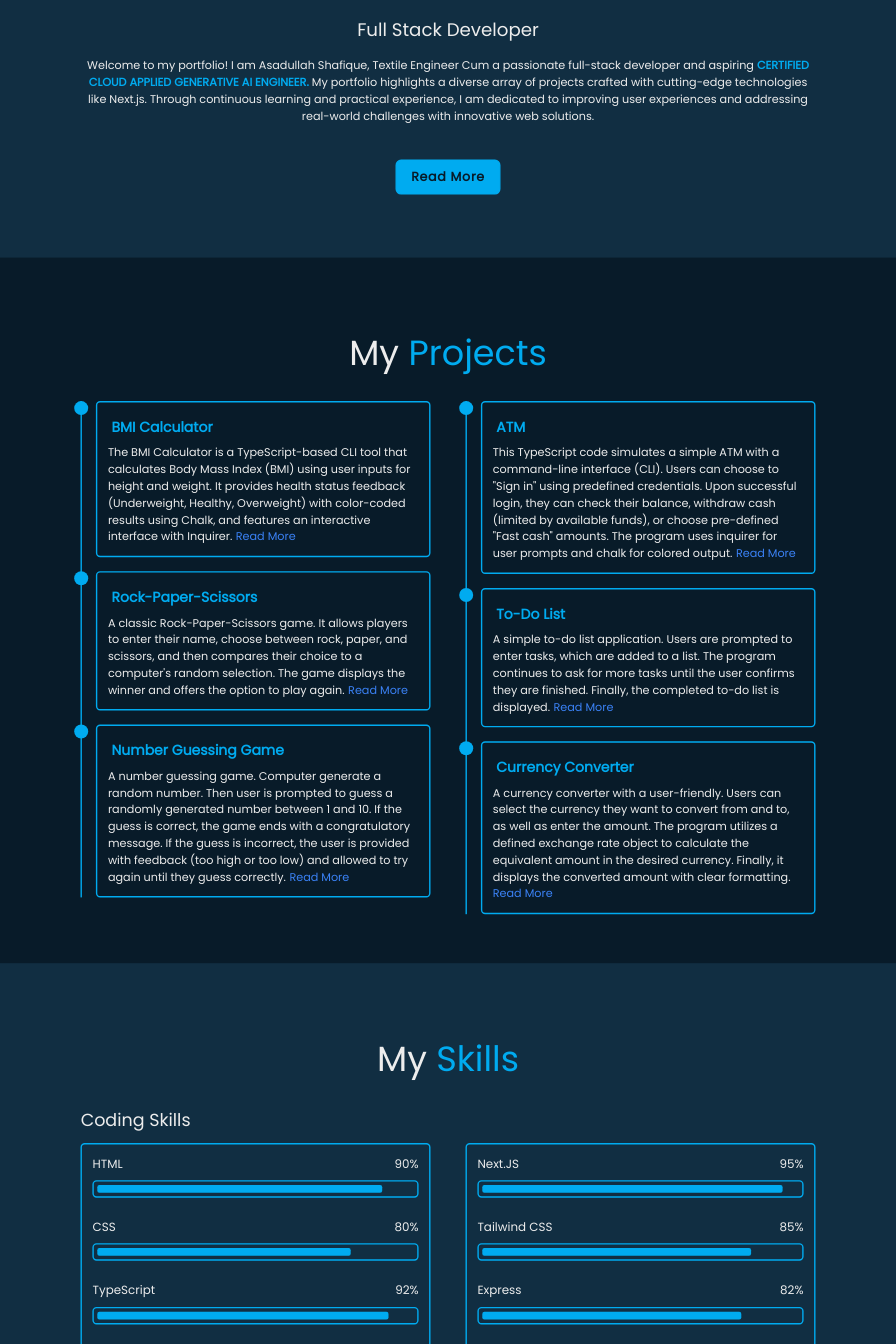
Repository: asadullah48/nextjs_projects_portfolio
Page: /
An editor plug-in stored every save of this project. The page is shown before and after a run of saves, followed by the edit.
The browser window is 1280 px wide. The pictures show the part of the page from y = 1290 to 3210 px (the page is 4258 px tall), at 70% of full size.
The project was rebuilt for these pictures with package versions that can differ from the ones it lists, and the page was loaded fresh each time. The framework's server and built-in components were replaced by stand-ins that run in the browser. Also part of the build but not shown: next.config.ts.

Above is the page before, as saved 2024-11-13 13:56:05.

### src/app/layout.tsx
import type { Metadata } from "next";
import { Poppins } from "next/font/google";
import "./globals.css";
import Link from "next/link";
<Link  href='https://unpkg.com/boxicons@2.1.4/css/boxicons.min.css' rel='stylesheet'></Link>

const poppins = Poppins({ subsets: ["latin"], weight : '400' });

export const metadata: Metadata = {
  title: "Tayyab Portfolio",
  description: "Generated by Tayyab Khalid",
};

export default function RootLayout({
  children,
}: Readonly<{
  children: React.ReactNode;
}>) {
  return (
    <html lang="en">
      <body className={poppins.className}>

        {children}

        </body>
    </html>
  );
}

### src/app/page.tsx
"use client"
import Link from "next/link";
import Image from "next/image";
import LinkedInIcon from "@mui/icons-material/LinkedIn";
import GitHubIcon from "@mui/icons-material/GitHub";
import XIcon from "@mui/icons-material/X";
import ArrowUpwardIcon from "@mui/icons-material/ArrowUpward";
import { Menu } from "lucide-react";
import { useState } from "react";
import {
  Sheet,
  SheetContent,
  SheetDescription,
  SheetHeader,
  SheetTitle,
  SheetTrigger,
} from "@/components/ui/sheet";

export default function Home() {
  const [isSidebarOpen, setIsSidebarOpen] = useState(false);

  const closeSidebar = () => {
    setIsSidebarOpen(false);
  };

  return (
    <main>
      {/* ---------header------------ */}
     <header className={`header flex justify-end items-center transition-opacity duration-300 ${isSidebarOpen ? "opacity-50" : "opacity-100"}`}>
        <div>
          <Link href={"#home"} className="logo ">
            AsadullahShafique.
          </Link>
        </div>
        <nav className="navbar">
          <Sheet open={isSidebarOpen} onOpenChange={setIsSidebarOpen}>
            <SheetTrigger className="tablet:hidden">
              <Menu className="menu-icon mr-4" />
            </SheetTrigger>
            <SheetContent className="pt-4 text-3xl">
              <br />
              <br />
              <br />
              <Link href={"#home"} onClick={closeSidebar}>
                Home
              </Link>
              <br />
              <br />
              <br />
              <Link href={"#about"} onClick={closeSidebar}>
                About
              </Link>
              <br />
              <br />
              <br />
              <Link href={"#education"} onClick={closeSidebar}>
                Project
              </Link>
              <br />
              <br />
              <br />
              <Link href={"#skills"} onClick={closeSidebar}>
                Skills
              </Link>
              <br />
              <br />
              <br />
              <Link href={"#contact"} onClick={closeSidebar}>
                Contact
              </Link>
              <br />
            </SheetContent>
          </Sheet>
          <ul className="hidden tablet:flex gap-x-8 text-[1.7rem]">
            <li>
              <Link
                className="text-[var(--text-color)] font-bold ml-[3.5rem] transition duration-300 hover:text-[var(--main-color)]
active:text-[var(--main-color)]"
                href={"#home"}
              >
                Home
              </Link>
            </li>
            <li>
              <Link
                className="text-[var(--text-color)] font-bold ml-[3.5rem] transition duration-300 hover:text-[var(--main-color)]
active:text-[var(--main-color)]"
                href={"#about"}
              >
                About
              </Link>
            </li>
            <li>
              <Link
                className="text-[var(--text-color)] font-bold ml-[3.5rem] transition duration-300 hover:text-[var(--main-color)]
active:text-[var(--main-color)]"
                href={"#education"}
              >
                Project
              </Link>
            </li>
            <li>
              <Link
                className="text-[var(--text-color)] font-bold ml-[3.5rem] transition duration-300 hover:text-[var(--main-color)]
active:text-[var(--main-color)]"
                href={"#skills"}
              >
                Skills
              </Link>{" "}
            </li>
            <li>
              <Link
                className="text-[var(--text-color)] font-bold ml-[3.5rem] transition duration-300 hover:text-[var(--main-color)]
active:text-[var(--main-color)]"
                href={"#contact"}
              >
                Contact
              </Link>
            </li>
          </ul>
        </nav>
      </header>

      {/*-------------- home section-------------- */}

      <section className={`home bg-[url('../../public/fullSizeImge1.jpg')] bg-cover bg-center transition-opacity duration-300 ${isSidebarOpen ? "opacity-50" : "opacity-100"}`} id="home">
        <div className="home-content">
          <h1>
            Hi, I'm<span> Asadullah Shafique</span>{" "}
          </h1>
          <div className="text-animated">
            <h3>Textile Engineer Cum Full-Stack Developer</h3>
          </div>
          <p>
            I'm a passionate Full Stack Developer currently honing my skills at
            GIAIC. On the front-end, I've mastered Next.js and Tailwind CSS,
            creating responsive and dynamic user interfaces. As I continue my
            journey, I’m diving deeper into back-end technologies to build
            comprehensive, full-stack applications. Stay tuned as I continue to
            expand my skill set and bring innovative ideas to life!
          </p>

          <div className="btn-box">
            <Link
              href={
                "https://www.linkedin.com/in/asadullah-shafique-a00679325/"
              }
              className="btn" target="_blank"
            >
              Hire me
            </Link>
            <Link
              href={
                "https://www.youtube.com/@asadullahshafique4261"
              }
              className="btn" target="_blank"
            >
              Lets talk
            </Link>
          </div>
          <div className="flex-space-x-4 home-sci">
            <Link
              href="https://www.facebook.com/asadullah.shafique"
              target="_blank"
              rel="noopener noreferrer"
              className="bx-bx1-linkedin"
            >
              <LinkedInIcon className="icon" sx={{ fontSize: 25 }} />
            </Link>
            <Link
              href={"ttps://github.com/asadullah48"}
              target="_blank"
              className="bx-bx1-github"
            >
              <GitHubIcon className="icon" sx={{ fontSize: 25 }} />
            </Link>
            <Link
              href={"https://www.instagram.com/shafiqueasadullah/"}
              target="_blank"
              className="bx-bx1-x"
            >
              <XIcon className="icon" sx={{ fontSize: 25 }} />
            </Link>
          </div>
        </div>

        <div className="home-imgHover"></div>
      </section>

      {/* --------------About Section------------- */}

      <section className="about" id="about">
        <h2 className="heading">
          About <span>Me</span>
        </h2>

        <div className="about-image relative w-[25rem] h-[25rem] rounded-full flex justify-center items-center">
      <Image
        src="/dp.png"
        alt="Profile Image"
        width={225}
        height={225}
        className="Image rounded-full border-[.2rem] border-[var(--main-color)]"
      />
      <span className="circle-spin absolute"></span>
    </div>

        <div className="about-content">
          <h2>Full Stack Developer</h2>
          <p className="about-para">
          Welcome to my portfolio! I am Asadullah Shafique, Textile Engineer Cum a passionate full-stack developer
          and aspiring <span className="font-bold">CERTIFIED CLOUD APPLIED GENERATIVE AI ENGINEER.</span> My portfolio highlights a diverse array of projects crafted with cutting-edge technologies
          like Next.js. Through continuous learning and practical experience,
          I am dedicated to improving user experiences and addressing real-world challenges with innovative web solutions.

          </p>

          <div className="btn-box btns">
            <a href="#about" className="btn">
              Read More
            </a>
          </div>
        </div>
      </section>

      {/* -----------------------project section--------------------------- */}

      <section className="education" id="education">
        <h2 className="heading">
          My <span>Projects </span>
        </h2>

        <div className="education-row">
          <div className="education-column">
            {/* <h3 className="title">Education</h3> */}

            <div className="education-box">
              <div className="education-content">
                <div className="content">
                  <div className="year">
                    <h3>BMI Calculator</h3>
                  </div>
                  <p>
                    The BMI Calculator is a TypeScript-based CLI tool that
                    calculates Body Mass Index (BMI) using user inputs for
                    height and weight. It provides health status feedback
                    (Underweight, Healthy, Overweight) with color-coded results
                    using Chalk, and features an interactive interface with
                    Inquirer.
                    <Link
                      href="https://11-bmi-calculator-silk.vercel.app/"
                      className="text-blue-500 hover:underline ml-2"
                      target="_blank"
                    >
                      Read More
                    </Link>
                  </p>
                </div>
              </div>

              <div className="education-content">
                <div className="content">
                  <div className="year">
                    <h3>Rock-Paper-Scissors</h3>
                  </div>
                  <p>
                    A classic Rock-Paper-Scissors game. It allows players to
                    enter their name, choose between rock, paper, and scissors,
                    and then compares their choice to a computer's random
                    selection. The game displays the winner and offers the
                    option to play again.
                    <Link
                      href="https://github.com/Tayyabkhalid993/PIAIC56/tree/main/NodeProjects/Other_Projects/Rock_Paper_sessior"
                      className="text-blue-500
                      hover:underline ml-2"
                      target="_blank"
                    >
                      Read More
                    </Link>
                  </p>
                </div>
              </div>

              <div className="education-content">
                <div className="content">
                  <div className="year">
                    <h3>Number Guessing Game</h3>
                  </div>
                  <p>
                  A number guessing game. Computer generate a random number.
                  Then user is prompted to guess a randomly generated number between 1 and 10. If the guess is correct, the game ends with a congratulatory message. If the guess is incorrect, the user is provided with feedback (too high or too low) and allowed to try again until they guess correctly.
                    <Link
                      href=""
                      className="text-blue-500 hover:underline ml-2"
                      target="_blank"
                    >
                      Read More
                    </Link>
                  </p>
                </div>
              </div>
            </div>
          </div>

          {/* --------------2nd column----------- */}

          <div className="education-column">
            {/* <h3 className="title">Experience</h3> */}
            <div className="education-box">
              <div className="education-content">
                <div className="content">
                  <div className="year">
                    <h3>ATM</h3>
                  </div>
                  <p>
                  This TypeScript code simulates a simple ATM with a command-line interface (CLI).
                  Users can choose to "Sign in" using predefined credentials. Upon successful login, they can check their balance, withdraw cash (limited by available funds), or choose pre-defined "Fast cash" amounts. The program uses inquirer for user prompts and chalk for colored output.
                    <Link
                      href="https://github.com/Tayyabkhalid993/PIAIC56/tree/main/NodeProjects/Project02_ATM"
                      className="text-blue-500
                      hover:underline ml-2"
                      target="_blank"
                    >
                      Read More
                    </Link>
                  </p>
                </div>
              </div>

              <div className="education-content">
                <div className="content">
                  <div className="year">
                    <h3>To-Do List</h3>
                  </div>
                  <p>
                  A simple to-do list application.
                  Users are prompted to enter tasks, which are added to a list. The program continues to ask for more tasks until the user confirms they are finished. Finally, the completed to-do list is displayed.
                    <Link
                      href="https://github.com/Tayyabkhalid993/PIAIC56/tree/main/NodeProjects/Project03_toDoList"
                      className="text-blue-500
                       hover:underline ml-2"
                      target="_blank"
                    >
                      Read More
                    </Link>
                  </p>
                </div>
              </div>

              <div className="education-content">
                <div className="content">
                  <div className="year">
                    <h3>Currency Converter</h3>
                  </div>
                  <p>
                  A currency converter with a user-friendly. Users can select the currency they want to convert from and to,
                  as well as enter the amount. The program utilizes a defined exchange rate object to calculate the equivalent amount in the desired currency. Finally, it displays the converted amount with clear formatting.
                    <Link
                      href="https://github.com/Tayyabkhalid993/PIAIC56/tree/main/NodeProjects/Other_Projects/Rock_Paper_sessior"
                      className="text-blue-500
                       hover:underline ml-2"
                      target="_blank"
                    >
                      Read More
                    </Link>
                  </p>
                </div>
              </div>
            </div>
          </div>
        </div>
      </section>

      {/* -----------------------skill section--------------------------- */}
      <section className="skills" id="skills">
        <h2 className="heading">
          {" "}
          My <span>Skills</span>
        </h2>
            <h3 className="skill-title">Coding Skills</h3>

        <div className="skills-row">
          <div className="skills-column">

            <div className="skills-box">
              <div className="skills-content">
                <div className="progress">
                  <h3>
                    HTML <span>90%</span>
                  </h3>
                  <div className="bar">
                    <span></span>
                  </div>
                </div>
                <div className="progress">
                  <h3>
                    CSS <span>80%</span>
                  </h3>
                  <div className="bar">
                    <span></span>
                  </div>
                </div>
                <div className="progress">
                  <h3>
                    TypeScript <span>92%</span>
                  </h3>
                  <div className="bar">
                    <span></span>
                  </div>
                </div>
                <div className="progress">
                  <h3>
                    Python <span>83%</span>
                  </h3>
                  <div className="bar">
                    <span></span>
                  </div>
                </div>
                  <div className="bar">
                    <span></span>
                  </div>
              </div>
            </div>
          </div>

          {/* ----------------------For another Column--------------------------- */}

          <div className="skills-column">
            {/* <h3 className="title">Professional Skills</h3> */}
            <div className="skills-box">
              <div className="skills-content">
                <div className="progress">
                  <h3>
                  Next.JS <span>95%</span>
                  </h3>
                  <div className="bar">
                    <span></span>
                  </div>
                </div>
                <div className="progress">
                  <h3>
                    Tailwind CSS <span>85%</span>
                  </h3>
                  <div className="bar">
                    <span></span>
                  </div>
                </div>
                <div className="progress">
                  <h3>
                    Express <span>82%</span>
                  </h3>
                  <div className="bar">
                    <span></span>
                  </div>
                </div>
                <div className="progress">
                  <h3>
                  Node Js <span>83%</span>
                  </h3>
                  <div className="bar">
                    <span></span>
                  </div>
                </div>
                  <div className="bar">
                    <span></span>
                </div>
              </div>
            </div>
          </div>
        </div>
      </section>

      <section className="contact" id="contact">
        <center></center>
        <h2 className="heading">
          Contact <span>Me!</span>
        </h2>

        <form action="#">
          <div className="input-box">
            <div className="input-field">
              <input type="text" placeholder="Full Name" required />
              <span className="focus"></span>
            </div>
            <div className="input-field">
              <input type="text" placeholder="Email Address" required />
              <span className="focus"></span>
            </div>
          </div>

          <div className="input-box">
            <div className="input-field">
              <input type="string" placeholder="Mobile Number" required />
              <span className="focus"></span>
            </div>
            <div className="input-field">
              <input type="text" placeholder="Email Subject" required />
              <span className="focus"></span>
            </div>
          </div>
          <div className="textarea-field">
            <textarea
              name=""
              id=""
              cols={30}
              rows={10}
              placeholder="Your Message"
              required
            ></textarea>
            <span className="focus"></span>
          </div>

          <div className="btn-box btns">
            <a href="#contact" className="btn">
              Submit
            </a>
          </div>
        </form>
      </section>

      {/* --------------footer-------------- */}

      <footer className="footer">
        <div className="footer-text">
          <p>Copyright &copy; 2024 by Tayyab | All Right Reserved.</p>
        </div>

        <div className="footer-iconTop">
          <Link href="/" className=" bg-cyan-500 bx-bx1-arrowUpWardIcon">
            <ArrowUpwardIcon className="icon" sx={{ fontSize: 25 }} />
          </Link>
        </div>
      </footer>
    </main>
  );
}

Loaded but not shown: src/lib/utils.ts (common file); tailwind.config.ts (common file); src/app/globals.css (833 lines, source omitted); src/components/ui/sheet.tsx (140 lines, source omitted)

After the next 2 saves:
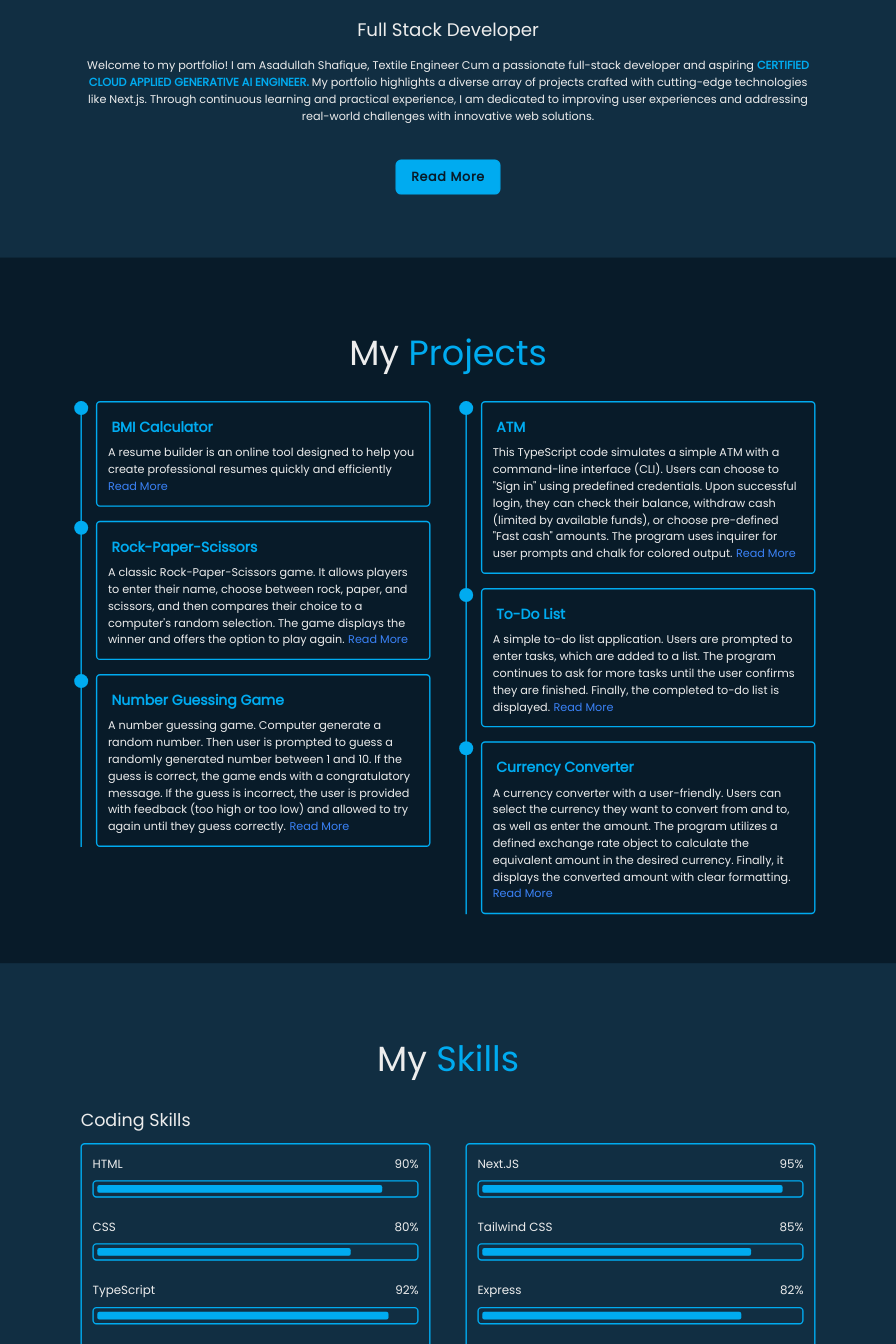
The 2 saves are shown as one change because they came seconds apart.
The last was saved 2 min 40 s later.
--- a/src/app/page.tsx
+++ b/src/app/page.tsx
@@ -241,12 +241,7 @@ active:text-[var(--main-color)]"
                     <h3>BMI Calculator</h3>
                   </div>
                   <p>
-                    The BMI Calculator is a TypeScript-based CLI tool that
-                    calculates Body Mass Index (BMI) using user inputs for
-                    height and weight. It provides health status feedback
-                    (Underweight, Healthy, Overweight) with color-coded results
-                    using Chalk, and features an interactive interface with
-                    Inquirer.
+                  A resume builder is an online tool designed to help you create professional resumes quickly and efficiently
                     <Link
                       href="https://11-bmi-calculator-silk.vercel.app/"
                       className="text-blue-500 hover:underline ml-2"
